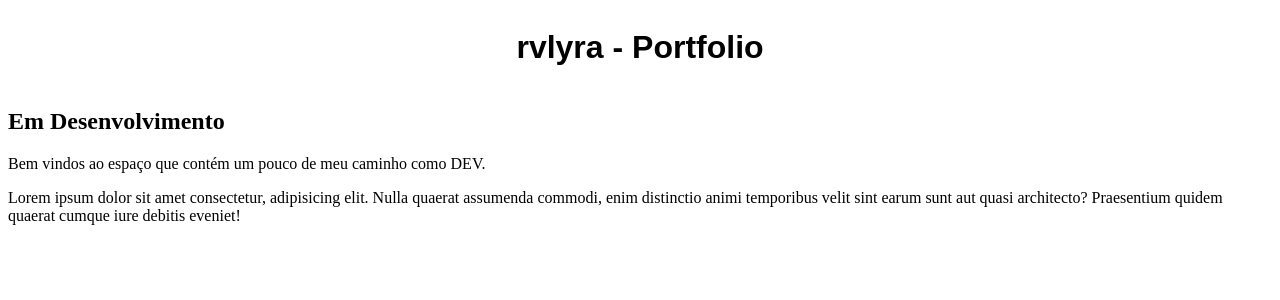
Repository: rvlyra/splash-screen-rvlyra
Page: Portfolio-RVLYRA/public/index.html
These files come from the project's save history. The page is drawn as it stood at one moment and after the next save; the edit follows.
The browser window is 1280 px wide. The pictures show the whole page.
Some web fonts or font styles are not loaded; a fallback is used.

Above is the page before, as saved 2022-07-06 09:19:47.

### Portfolio-RVLYRA/public/index.html
<!DOCTYPE html>
<html lang="en">
<head>
    <meta charset="UTF-8">
    <meta http-equiv="X-UA-Compatible" content="IE=edge">
    <meta name="viewport" content="width=device-width, initial-scale=1.0">
    <link rel="stylesheet" href="../assets/src/css/rl.main.css">
    <title>rvlyra @ Portfolio</title>
</head>
<body>
    <header class="header">
        <h1>rvlyra - Portfolio</h1>
    </header>

    <section>
        <h2>Em Desenvolvimento</h2>
        <p>Bem vindos ao espaço que contém um pouco de meu caminho como DEV.</p>
        <p>Lorem ipsum dolor sit amet consectetur, adipisicing elit. Nulla quaerat assumenda commodi, enim distinctio animi temporibus velit sint earum sunt aut quasi architecto? Praesentium quidem quaerat cumque iure debitis eveniet!</p>
    </section>
    <section></section>
    <section></section>

</body>
</html>

### Portfolio-RVLYRA/assets/src/css/rl.main.css
@import url('https://fonts.googleapis.com/css2?family=Mingzat&display=swap');

setcion, header {
    font-family: 'Mingzat', sans-serif;
}

.header {
    padding: 0;
    margin: 0;
    top: 0;

    display:flex;
    justify-content:center;
    align-items:center;
}
.header::nth-child {
    border-bottom: 1px solid #4d4d4d ;
}

After the next save:
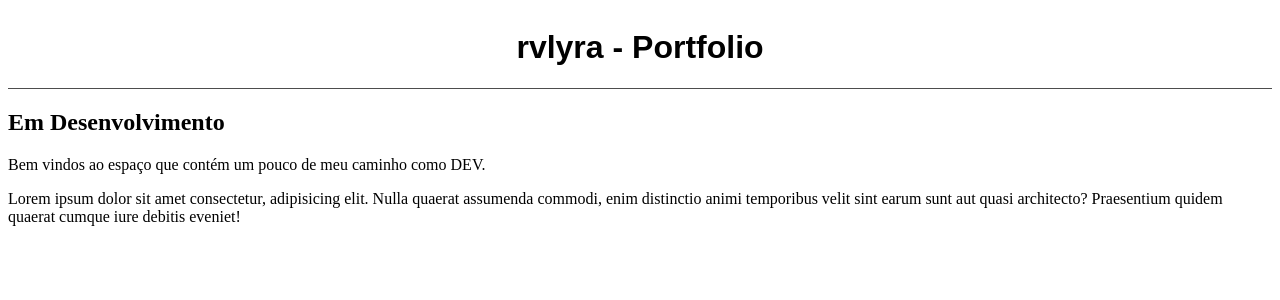
Saved 27 s later.
--- a/Portfolio-RVLYRA/assets/src/css/rl.main.css
+++ b/Portfolio-RVLYRA/assets/src/css/rl.main.css
@@ -13,6 +13,6 @@ setcion, header {
     justify-content:center;
     align-items:center;
 }
-.header::nth-child {
+.header {
     border-bottom: 1px solid #4d4d4d ;
 }
